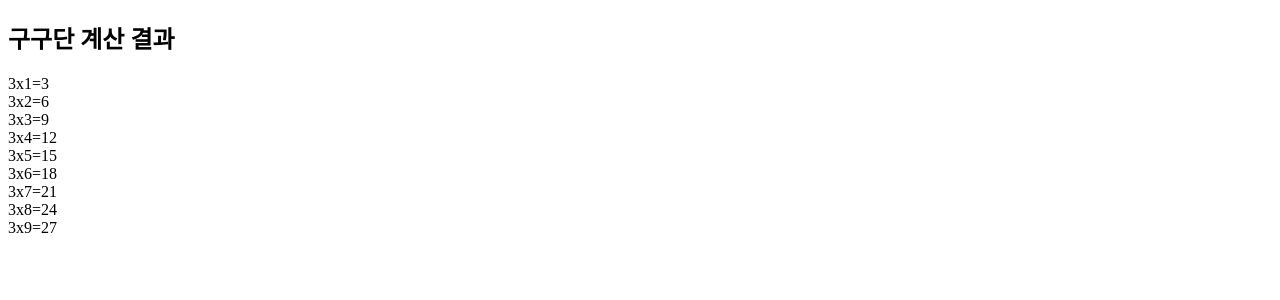
Repository: EunhaKyeong/studyRepo
Page: http://localhost/tutorial/gugu_result.do
The author's editor kept a copy of each file at every save. The page is drawn from the files as they stood at one save, then again after the next save.
The browser window is 1280 px wide. The pictures show the whole page.
The page is served by Tomcat 9. Other server files are loaded and not shown.

Above is the page before, as saved 2020-12-05 17:05:56.

### SPRING/spring/tutorial/src/main/webapp/WEB-INF/views/test/gugu_result.jsp
<%@ page language="java" contentType="text/html; charset=UTF-8" pageEncoding="UTF-8" %>
<!DOCTYPE html>
<html>
<head>
<meta http-equiv="Content=Type" content="text/html; charset=UTF-8">
<title>Insert title here</title>
</head>
<body>
	<h2>구구단 계산 결과</h2>
	${ result }
</body>
</html>

After the next save:
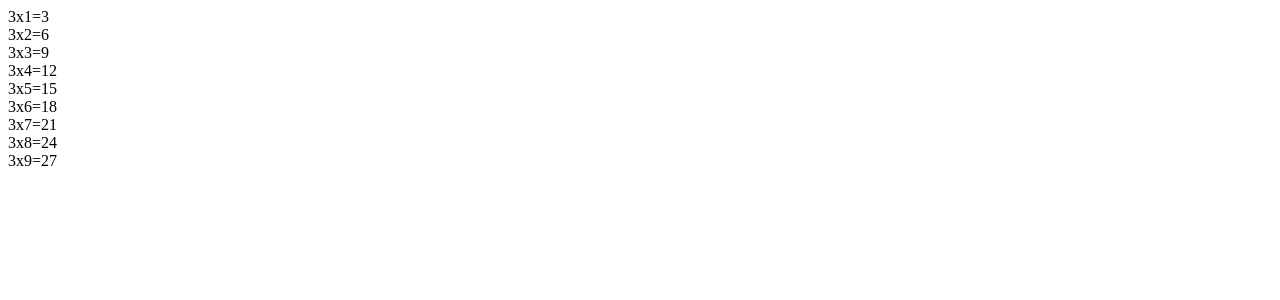
Saved 3 min 0 s later.
--- a/SPRING/spring/tutorial/src/main/webapp/WEB-INF/views/test/gugu_result.jsp
+++ b/SPRING/spring/tutorial/src/main/webapp/WEB-INF/views/test/gugu_result.jsp
@@ -6,7 +6,7 @@
 <title>Insert title here</title>
 </head>
 <body>
-	<h2>구구단 계산 결과</h2>
+	<!-- <h2>구구단 계산 결과</h2> -->
 	${ result }
 </body>
 </html>

After the save that followed:
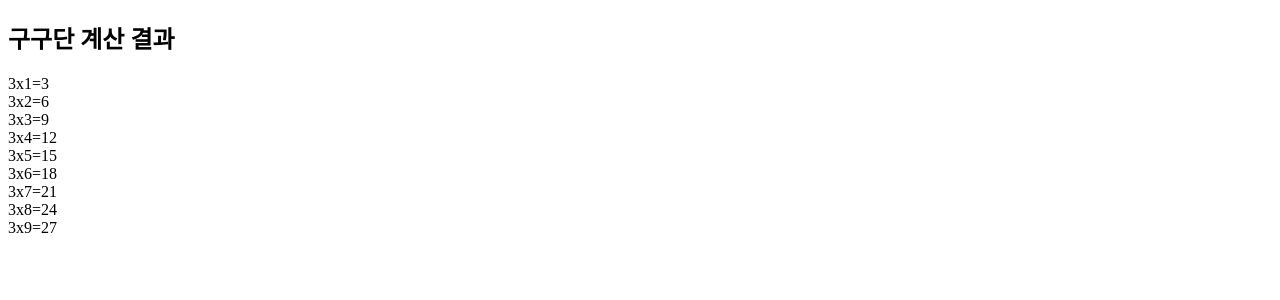
Saved 46 s later.
--- a/SPRING/spring/tutorial/src/main/webapp/WEB-INF/views/test/gugu_result.jsp
+++ b/SPRING/spring/tutorial/src/main/webapp/WEB-INF/views/test/gugu_result.jsp
@@ -6,7 +6,7 @@
 <title>Insert title here</title>
 </head>
 <body>
-	<!-- <h2>구구단 계산 결과</h2> -->
+	<h2>구구단 계산 결과</h2>
 	${ result }
 </body>
 </html>
